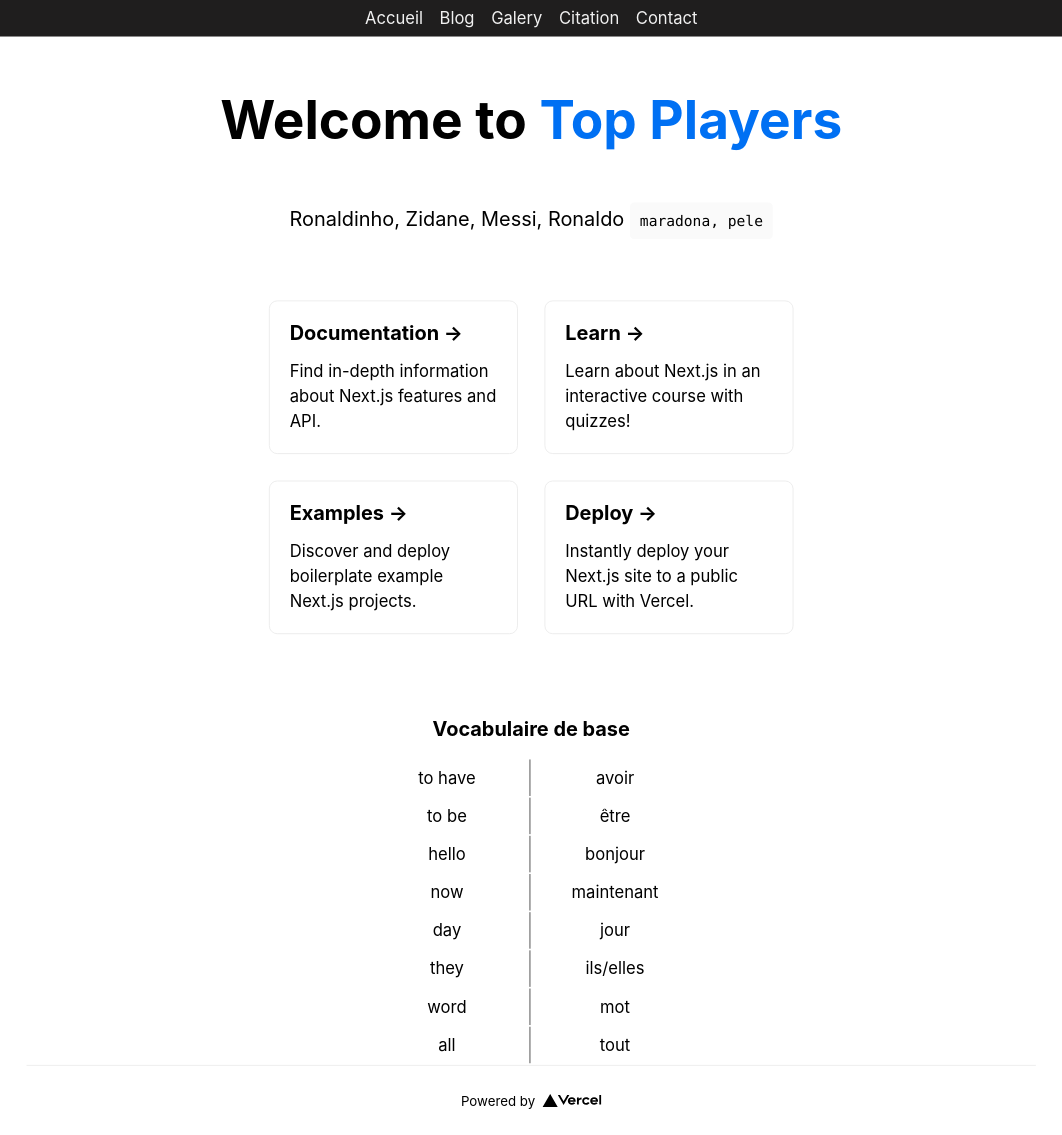
Repository: duncanidaho14/next-first-app
Page: /
These files come from the project's save history. The page is drawn as it stood at one moment and after the next save; the edit follows.
The browser window is 1280 px wide. The pictures show the whole page, at 83% of full size.
The project was rebuilt for these pictures with package versions that can differ from the ones it lists, and the page was loaded fresh each time. The framework's server and built-in components were replaced by stand-ins that run in the browser. Also part of the build but not shown: next.config.js.

Above is the page before, as saved 2022-03-06 15:39:46.

### pages/_app.tsx
import '../styles/globals.css'
import type { AppProps } from 'next/app'
import Container from '../components/Container/Container'
function MyApp({ Component, pageProps }: AppProps) {
  return (
    <Container>
      <Component {...pageProps} />
    </Container>
  )
}

export default MyApp

### pages/_document.tsx
import Document, {Html, Head, Main, NextScript} from "next/document";

class MyDocument extends Document {
    render() {
        return (
            <Html lang="fr">
                <Head>
                    <body>
                        <Main />
                        <NextScript />
                    </body>
                </Head>
            </Html>
        )
    }
}

export default MyDocument;

### pages/index.tsx
import type { NextPage } from 'next'
import Head from 'next/head'
import Image from 'next/image'
import styles from '../styles/Home.module.css'

const Home: NextPage = (props) => {
  console.log(props);
  return (
    <div className={styles.container}>
      <Head>
        <title>Les meilleurs joueurs de foot</title>
        <meta name="description" content="Les meilleurs joueurs de foot de la planète à travers l'histoire..." />
        <link rel="icon" href="/favicon.ico" />
      </Head>

      <main className={styles.main}>
        <h1 className={styles.title}>
          Welcome to <a href="https://nextjs.org">Top Players</a>
        </h1>

        <p className={styles.description}>
          Ronaldinho, Zidane, Messi, Ronaldo{' '}
          <code className={styles.code}>maradona, pele</code>
        </p>

        <div className={styles.grid}>
          <a href="https://nextjs.org/docs" className={styles.card}>
            <h2>Documentation &rarr;</h2>
            <p>Find in-depth information about Next.js features and API.</p>
          </a>

          <a href="https://nextjs.org/learn" className={styles.card}>
            <h2>Learn &rarr;</h2>
            <p>Learn about Next.js in an interactive course with quizzes!</p>
          </a>

          <a
            href="https://github.com/vercel/next.js/tree/canary/examples"
            className={styles.card}
          >
            <h2>Examples &rarr;</h2>
            <p>Discover and deploy boilerplate example Next.js projects.</p>
          </a>

          <a
            href="https://vercel.com/new?utm_source=create-next-app&utm_medium=default-template&utm_campaign=create-next-app"
            className={styles.card}
          >
            <h2>Deploy &rarr;</h2>
            <p>
              Instantly deploy your Next.js site to a public URL with Vercel.
            </p>
          </a>
        </div>
      </main>
      <div>
        <h2 className={styles.titre}>Vocabulaire de base</h2>
        <table className={styles.tableau}>
          <tbody>
            {props.array.map(el => (
              <tr key={new Date()}>
                <td>{el.en}</td>
                <td>{el.fr}</td>
              </tr>
            ))}
          </tbody>
        </table>
      </div>
      <footer className={styles.footer}>
        <a
          href="https://vercel.com?utm_source=create-next-app&utm_medium=default-template&utm_campaign=create-next-app"
          target="_blank"
          rel="noopener noreferrer"
        >
          Powered by{' '}
          <span className={styles.logo}>
            <Image src="/vercel.svg" alt="Vercel Logo" width={72} height={16} />
          </span>
        </a>
      </footer>
    </div>
  )
}

export default Home

export async function getStaticProps() {
  const data = await import("../data/vocabulary.json")
  const array = data.vocabulary

  return {
    props: {
      array
    }
  }
}

### components/Container/Container.tsx
import React from 'react'
import Navbar from '../Navbar/Navbar'

export default function Container({children}: any) {
    return (
        <>
            <Navbar/>
            {children}
        </>
    )
}

### styles/Home.module.css
.container {
  padding: 0 2rem;
}

.main {
  min-height: 100vh;
  padding: 4rem 0;
  flex: 1;
  display: flex;
  flex-direction: column;
  justify-content: center;
  align-items: center;
}

.footer {
  display: flex;
  flex: 1;
  padding: 2rem 0;
  border-top: 1px solid #eaeaea;
  justify-content: center;
  align-items: center;
}

.footer a {
  display: flex;
  justify-content: center;
  align-items: center;
  flex-grow: 1;
}

.title a {
  color: #0070f3;
  text-decoration: none;
}

.title a:hover,
.title a:focus,
.title a:active {
  text-decoration: underline;
}

.title {
  margin: 0;
  line-height: 1.15;
  font-size: 4rem;
}

.title,
.description {
  text-align: center;
}

.description {
  margin: 4rem 0;
  line-height: 1.5;
  font-size: 1.5rem;
}

.code {
  background: #fafafa;
  border-radius: 5px;
  padding: 0.75rem;
  font-size: 1.1rem;
  font-family: Menlo, Monaco, Lucida Console, Liberation Mono, DejaVu Sans Mono,
    Bitstream Vera Sans Mono, Courier New, monospace;
}

.grid {
  display: flex;
  align-items: center;
  justify-content: center;
  flex-wrap: wrap;
  max-width: 800px;
}

.card {
  margin: 1rem;
  padding: 1.5rem;
  text-align: left;
  color: inherit;
  text-decoration: none;
  border: 1px solid #eaeaea;
  border-radius: 10px;
  transition: color 0.15s ease, border-color 0.15s ease;
  max-width: 300px;
}

.card:hover,
.card:focus,
.card:active {
  color: #0070f3;
  border-color: #0070f3;
}

.card h2 {
  margin: 0 0 1rem 0;
  font-size: 1.5rem;
}

.card p {
  margin: 0;
  font-size: 1.25rem;
  line-height: 1.5;
}

.logo {
  height: 1em;
  margin-left: 0.5rem;
}

@media (max-width: 600px) {
  .grid {
    width: 100%;
    flex-direction: column;
  }
}

.titre {
  text-align: center;
  margin: 20px 0;
}

.tableau {
  margin: 0 auto;
  font-size: 20px;
}

.tableau tr {
  border: 1px solid #333;
}

.tableau td {
  padding: 10px;
  text-align: center;
  min-width: 200px;
}

.tableau tr td:nth-child(1) {
  border-right: 1px solid #333;
}

### data/vocabulary.json
{
  "vocabulary": [
      {
        "en": "to have",
        "fr": "avoir"
      },
      {
        "en": "to be",
        "fr": "être"
      },      {
        "en": "hello",
        "fr": "bonjour"
      },      {
        "en": "now",
        "fr": "maintenant"
      },      {
        "en": "day",
        "fr": "jour"
      },      {
        "en": "they",
        "fr": "ils/elles"
      },      {
        "en": "word",
        "fr": "mot"
      },      {
        "en": "all",
        "fr": "tout"
      }
  ]
}

### components/Navbar/Navbar.tsx
import React from 'react'
import Link from 'next/link'
import styles from './Navbar.module.css'

export default function Navbar() {
  return (
    <nav className={styles.navbar}>
        <Link href="/">
        <a>Accueil</a>
        </Link>
        <Link href="/blog">
            <a>Blog</a>
        </Link>
        <Link href="/galery">
            <a>Galery</a>
        </Link>
        <Link href="/quotes">
            <a>Citation</a>
        </Link>
        <Link href="/contact">
            <a>Contact</a>
        </Link>
    </nav>
  )
}

### components/Navbar/Navbar.module.css
.navbar {
    padding: 10px;
    background: rgb(31, 30, 30);
    display: flex;
    justify-content: center;
    font-size: 20px;
}

.navbar a {
    margin: 0 10px;
    color: #f1f1f1;
}

Loaded but not shown: styles/globals.css (common file)

After the next save:
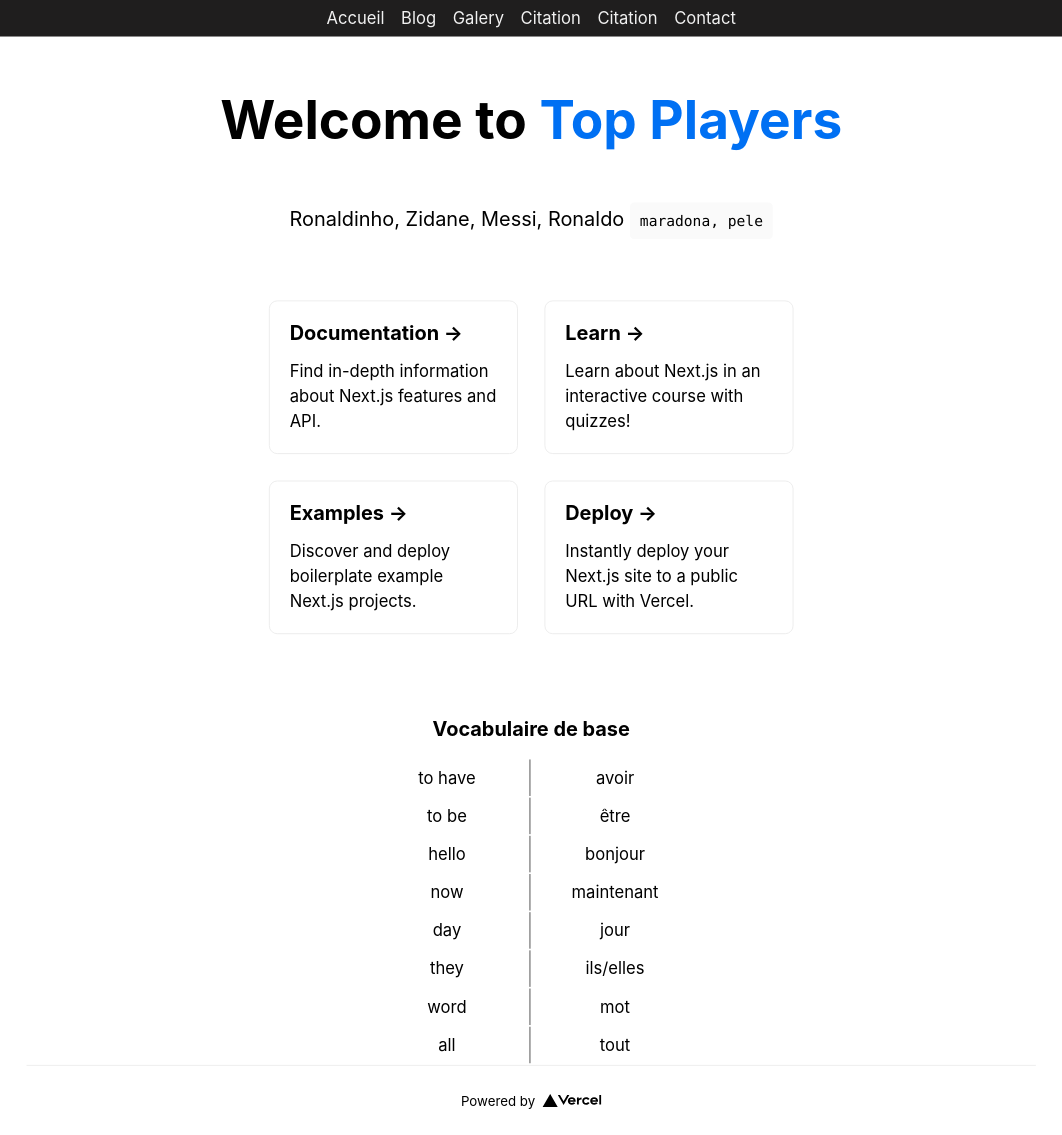
Saved 22 s later.
--- a/components/Navbar/Navbar.tsx
+++ b/components/Navbar/Navbar.tsx
@@ -17,6 +17,9 @@ export default function Navbar() {
         <Link href="/quotes">
             <a>Citation</a>
         </Link>
+        <Link href="/quotes">
+            <a>Citation</a>
+        </Link>
         <Link href="/contact">
             <a>Contact</a>
         </Link>
